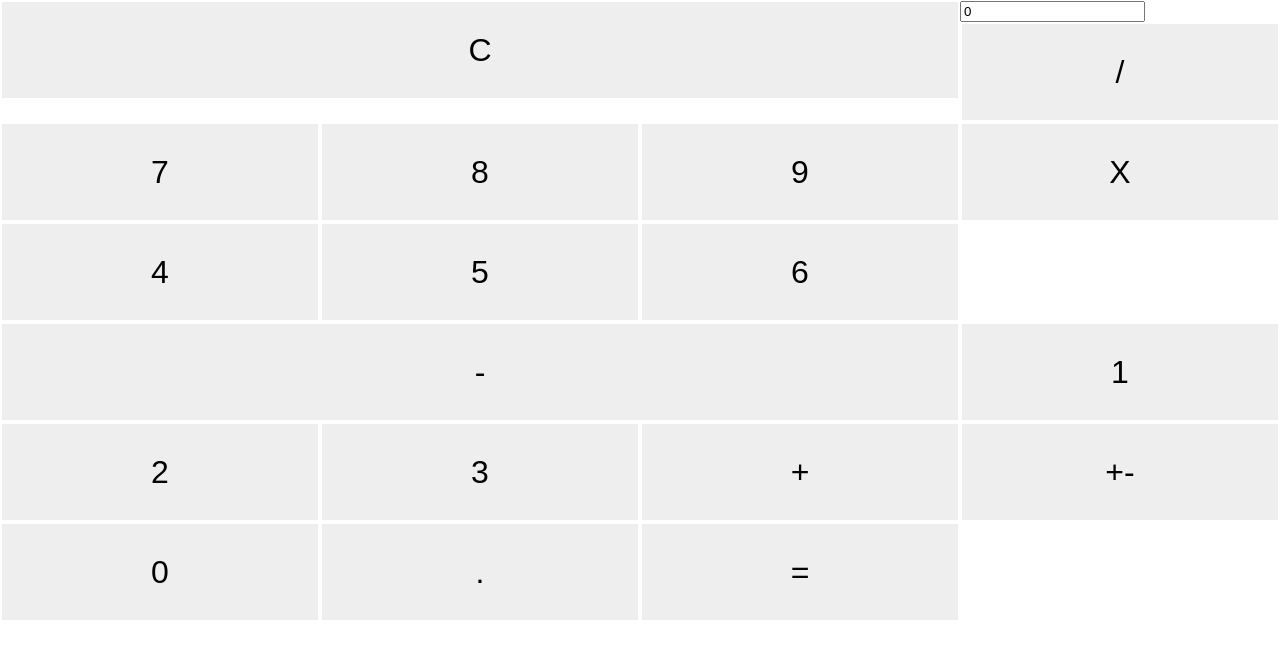
Repository: aaronmatei/react-calc
Page: /
An editor plug-in stored every save of this project. The page is shown before and after the next save, followed by the edit.
The browser window is 1280 px wide. The pictures show the whole page.
The project was rebuilt for these pictures with package versions that can differ from the ones it lists, and the page was loaded fresh each time.

Above is the page before, as saved 2019-12-13 10:55:34.

### src/App.js
import React, { Component } from "react";
import Button from "./components/Button";
import "./css/styles.css";

class App extends Component {
	state = {
		current: "0",
		previous: [],
	};

	reset = () => {
		this.setState({ result: "0" });
	};
	addToCurrent = symbol => {
		this.setState({ current: this.state.current + symbol });
	};

	render() {
		const buttons = [
			{ symbol: "C", cols: 3, action: this.reset },
			{ symbol: "/", cols: 1, action: this.addToCurrent },
			{ symbol: "7", cols: 1, action: this.addToCurrent },
			{ symbol: "8", cols: 1, action: this.addToCurrent },
			{ symbol: "9", cols: 1, action: this.addToCurrent },
			{ symbol: "X", cols: 1, action: this.addToCurrent },
			{ symbol: "4", cols: 1, action: this.addToCurrent },
			{ symbol: "5", cols: 1, action: this.addToCurrent },
			{ symbol: "6", cols: 1, action: this.addToCurrent },
			{ symbol: "-", cols: 3, action: this.addToCurrent },
			{ symbol: "1", cols: 1, action: this.addToCurrent },
			{ symbol: "2", cols: 1, action: this.addToCurrent },
			{ symbol: "3", cols: 1, action: this.addToCurrent },
			{ symbol: "+", cols: 1, action: this.addToCurrent },
			{ symbol: "+-", cols: 1, action: this.addToCurrent },
			{ symbol: "0", cols: 1, action: this.addToCurrent },
			{ symbol: ".", cols: 1, action: this.addToCurrent },
			{ symbol: "=", cols: 1, action: this.addToCurrent },
		];
		return (
			<div className='App'>
				<input className='result' type='text' value={this.state.current} onChange={null} />

				{buttons.map((btn, idx) => {
					return (
						<Button key={idx} symbol={btn.symbol} cols={btn.cols} action={symbol => btn.action(symbol)} />
					);
				})}
			</div>
		);
	}
}

export default App;

### src/components/Button.jsx
import React, { Component } from "react";

class Button extends Component {
	render() {
		return (
			<div className={`column-${this.props.cols}`}>
				<button className='calc-button' onClick={() => this.props.action(this.props.symbol)}>
					{this.props.symbol}
				</button>
			</div>
		);
	}
}

export default Button;

### src/css/styles.css
.column-3 {
	width: 75%;
	float: left;
}
.column-2 {
	width: 50%;
	float: left;
}
.column-1 {
	width: 25%;
	float: left;
}
button.calc-button {
	width: 100%;
	height: 100px;
	border: 2px solid #ddd;
	background: #eee;
	font-size: 32px;
	border-color: #fff;
}

Loaded but not shown: src/index.js (common file); src/index.css (common file); src/serviceWorker.js (common file)

After the next save:
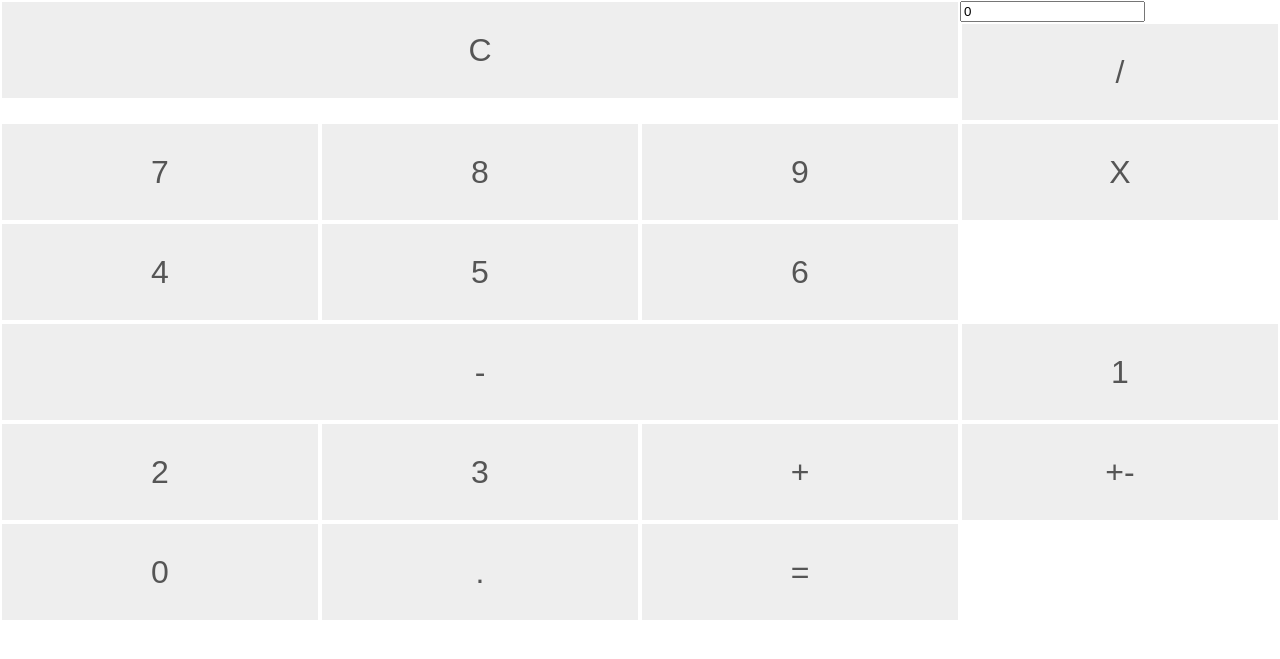
Saved 15 s later.
--- a/src/css/styles.css
+++ b/src/css/styles.css
@@ -16,5 +16,6 @@ button.calc-button {
 	border: 2px solid #ddd;
 	background: #eee;
 	font-size: 32px;
+	color: #555;
 	border-color: #fff;
 }
